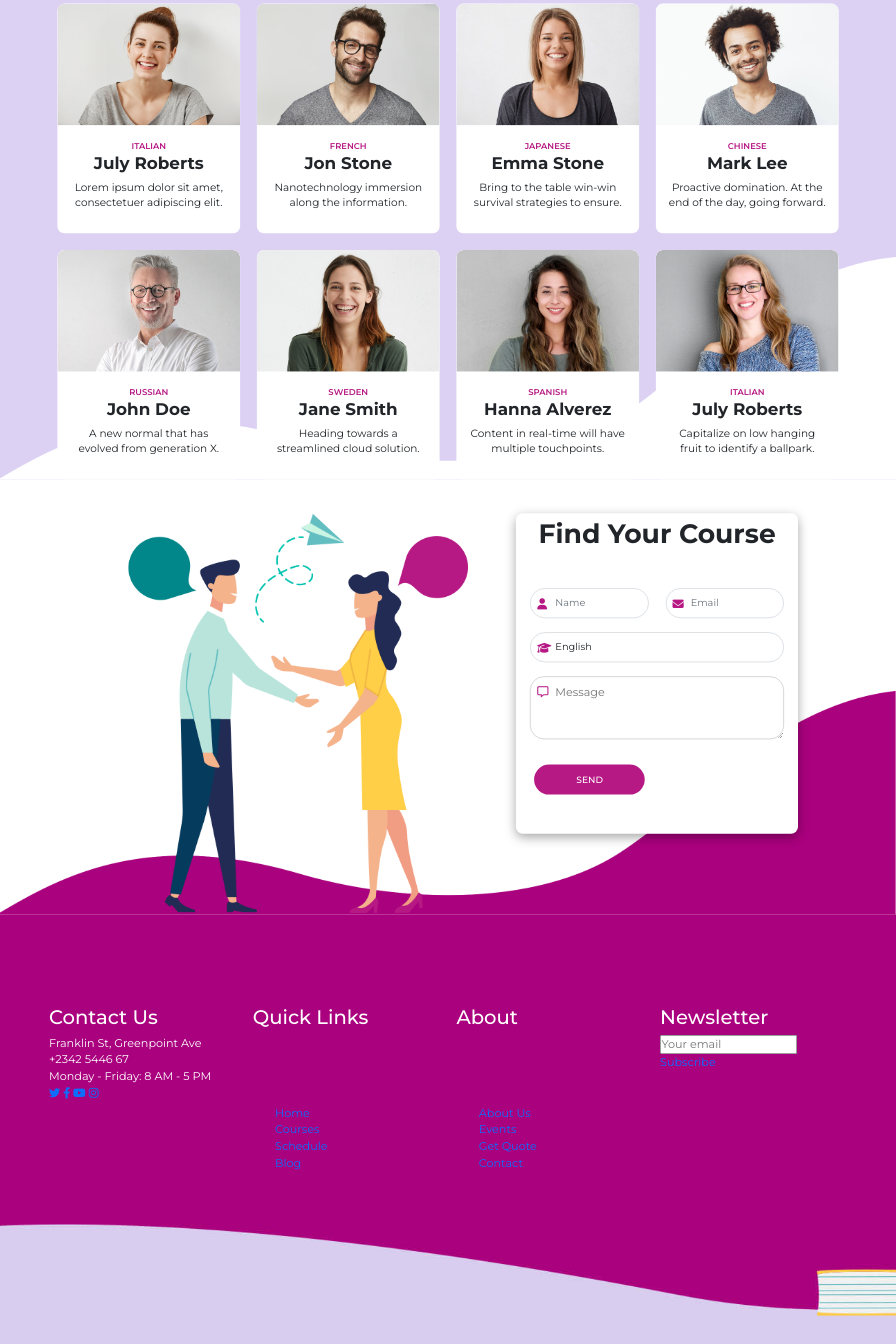
Repository: minhtrivu6199/tabula
Page: index.html
These files come from the project's save history. The page is drawn as it stood at one moment and after the next save; the edit follows.
The browser window is 1280 px wide. The pictures show the part of the page from y = 743 to 2663 px (the page is 2663 px tall), at 70% of full size.
Some web libraries are served in a nearby version. The style sheet was rebuilt from its Sass, Less or Tailwind sources for each picture, by a compiler version that may differ from the author's.

Above is the page before, as saved 2022-09-28 21:07:41.

### index.html
<!DOCTYPE html>
<html lang="en">
  <head>
    <title>Tabula</title>
    <link rel="shortcut icon" href="img/crest.png" type="image/x-icon" />
    <!-- Required meta tags -->
    <meta charset="utf-8" />
    <meta
      name="viewport"
      content="width=device-width, initial-scale=1, shrink-to-fit=no"
    />

    <!-- Font -->
    <link rel="preconnect" href="https://fonts.googleapis.com" />
    <link rel="preconnect" href="https://fonts.gstatic.com" crossorigin />
    <link
      href="https://fonts.googleapis.com/css2?family=Montserrat:wght@300;400;500;600;700&display=swap"
      rel="stylesheet"
    />

    <!-- Bootstrap CSS v5.2.0-beta1 -->
    <link
      rel="stylesheet"
      href="https://cdn.jsdelivr.net/npm/bootstrap@5.2.0/dist/css/bootstrap.min.css"
      integrity="sha384-gH2yIJqKdNHPEq0n4Mqa/HGKIhSkIHeL5AyhkYV8i59U5AR6csBvApHHNl/vI1Bx"
      crossorigin="anonymous"
    />

    <!-- FontAwesome 6.1.1 CSS -->
    <link
      rel="stylesheet"
      href="https://cdnjs.cloudflare.com/ajax/libs/font-awesome/6.1.1/css/all.min.css"
      integrity="sha512-KfkfwYDsLkIlwQp6LFnl8zNdLGxu9YAA1QvwINks4PhcElQSvqcyVLLD9aMhXd13uQjoXtEKNosOWaZqXgel0g=="
      crossorigin="anonymous"
      referrerpolicy="no-referrer"
    />

    <!-- CSS -->
    <link rel="stylesheet" href="./css/style.min.css" />
  </head>

  <body>
    <!-- HEADER -->
    <header class="header">
      <nav class="navbar navbar-expand-lg navbar-fixed-top bg-transparent p-0">
        <div class="container">
          <div class="header-left">
            <a href="" class="navbar-brand logo">
              <img src="./img/crest.png" alt="" />
            </a>
          </div>
          <div class="header-right">
            <div class="header-menu d-xs-none">
              <ul class="navbar-nav menu">
                <li class="nav-item">
                  <a href="" class="nav-link"> Home </a>
                </li>
                <li class="nav-item">
                  <a href="" class="nav-link"> About </a>
                </li>
                <li class="nav-item">
                  <a href="" class="nav-link"> Courses </a>
                </li>
                <li class="nav-item">
                  <a href="" class="nav-link"> Blog </a>
                </li>
                <li class="nav-item">
                  <a href="" class="nav-link"> Shop </a>
                </li>
                <li class="nav-item">
                  <a href="" class="nav-link"> Elements </a>
                </li>
              </ul>
            </div>
            <div class="header-right-inner">
              <div class="header-btn">
                <a href="" class="btn-default">
                  <span class="btnWidgetIcon">
                    <i class="fa fa-phone"></i>
                  </span>
                  <span class="btnWidgetText"> (+1) 555 234-8765 </span>
                </a>
              </div>
              <a href="" class="iconWidget">
                <div class="btnWidgetIcon">
                  <i class="fab fa-twitter"></i>
                </div>
              </a>
              <a href="" class="iconWidget">
                <div class="btnWidgetIcon">
                  <i class="fab fa-facebook-f"></i>
                </div>
              </a>
              <a href="" class="iconWidget">
                <div class="btnWidgetIcon">
                  <i class="fab fa-youtube"></i>
                </div>
              </a>
              <a href="" class="iconWidget">
                <div class="btnWidgetIcon">
                  <i class="fab fa-instagram"></i>
                </div>
              </a>
            </div>
          </div>
        </div>
      </nav>
    </header>
    <!-- END HEADER -->

    <!-- CONTENT WRAP -->
    <section class="contentWrap">
      <div class="contentHolder">
        <div class="contentPort">
          <div class="cell">
            <div class="cell-inner">
              <div class="row">
                <div class="col-6">
                  <div class="col-content">
                    <span class="subtitle"> About Us </span>
                    <h1 class="title">The language teaching experts</h1>
                  </div>
                </div>
                <div class="col-6">
                  <div class="col-content">
                    <div class="col-thumb">
                      <img src="./img/hero_team.png" alt="" />
                    </div>
                  </div>
                </div>
              </div>
            </div>
          </div>
        </div>
        <div class="top-img">
          <img src="./img/yellow_top_wave_01.png" alt="" />
        </div>
        <div class="bottom-img">
          <img src="./img/Violet_top_left_wave.png" alt="" />
        </div>
      </div>
    </section>
    <!-- END CONTENTWRAP -->

    <!-- CARD -->
    <section class="groupCard">
      <div class="container pt-5">
        <div class="row">
          <div class="col-lg-3 col-md-6 col-sm-6 col-12">
            <div class="card">
              <div class="card-img">
                <img src="./img/teacher_1.jpg" alt="" />
              </div>
              <div class="card-body">
                <div class="card-text">
                  <span class="subtitle"> italian </span>
                  <h3 class="teacherName">July Roberts</h3>
                  <p class="text">
                    Lorem ipsum dolor sit amet, consectetuer adipiscing elit.
                  </p>
                </div>
              </div>
            </div>
          </div>
          <div class="col-lg-3 col-md-6 col-sm-6 col-12">
            <div class="card">
              <div class="card-img">
                <img src="./img/teacher_2.jpg" alt="" />
              </div>
              <div class="card-body">
                <div class="card-text">
                  <span class="subtitle"> FRENCH </span>
                  <h3 class="teacherName">Jon Stone</h3>
                  <p class="text">
                    Nanotechnology immersion along the information.
                  </p>
                </div>
              </div>
            </div>
          </div>
          <div class="col-lg-3 col-md-6 col-sm-6 col-12">
            <div class="card">
              <div class="card-img">
                <img src="./img/teacher_3.jpg" alt="" />
              </div>
              <div class="card-body">
                <div class="card-text">
                  <span class="subtitle"> JAPANESE </span>
                  <h3 class="teacherName">Emma Stone</h3>
                  <p class="text">
                    Bring to the table win-win survival strategies to ensure.
                  </p>
                </div>
              </div>
            </div>
          </div>
          <div class="col-lg-3 col-md-6 col-sm-6 col-12">
            <div class="card">
              <div class="card-img">
                <img src="./img/teacher_4.jpg" alt="" />
              </div>
              <div class="card-body">
                <div class="card-text">
                  <span class="subtitle"> CHINESE </span>
                  <h3 class="teacherName">Mark Lee</h3>
                  <p class="text">
                    Proactive domination. At the end of the day, going forward.
                  </p>
                </div>
              </div>
            </div>
          </div>
        </div>
        <div class="row pt-4">
          <div class="col-lg-3 col-md-6 col-sm-6 col-12">
            <div class="card">
              <div class="card-img">
                <img src="./img/teacher_5.jpg" alt="" />
              </div>
              <div class="card-body">
                <div class="card-text">
                  <span class="subtitle"> RUSSIAN </span>
                  <h3 class="teacherName">John Doe</h3>
                  <p class="text">
                    A new normal that has evolved from generation X.
                  </p>
                </div>
              </div>
            </div>
          </div>
          <div class="col-lg-3 col-md-6 col-sm-6 col-12">
            <div class="card">
              <div class="card-img">
                <img src="./img/teacher_6.jpg" alt="" />
              </div>
              <div class="card-body">
                <div class="card-text">
                  <span class="subtitle"> SWEDEN </span>
                  <h3 class="teacherName">Jane Smith</h3>
                  <p class="text">
                    Heading towards a streamlined cloud solution.
                  </p>
                </div>
              </div>
            </div>
          </div>
          <div class="col-lg-3 col-md-6 col-sm-6 col-12">
            <div class="card">
              <div class="card-img">
                <img src="./img/teacher_7.jpg" alt="" />
              </div>
              <div class="card-body">
                <div class="card-text">
                  <span class="subtitle"> SPANISH </span>
                  <h3 class="teacherName">Hanna Alverez</h3>
                  <p class="text">
                    Content in real-time will have multiple touchpoints.
                  </p>
                </div>
              </div>
            </div>
          </div>
          <div class="col-lg-3 col-md-6 col-sm-6 col-12">
            <div class="card">
              <div class="card-img">
                <img src="./img/teacher_8.jpg" alt="" />
              </div>
              <div class="card-body">
                <div class="card-text">
                  <span class="subtitle"> italian </span>
                  <h3 class="teacherName">July Roberts</h3>
                  <p class="text">
                    Capitalize on low hanging fruit to identify a ballpark.
                  </p>
                </div>
              </div>
            </div>
          </div>
        </div>
      </div>
      <div class="bottom-img">
        <img src="./img/Wave_White_bottom_right_shape_01.png" alt="" />
      </div>
    </section>
    <!-- END CARD -->

    <!-- FIND COURSE -->
    <section class="findCourse">
      <div class="container pt-5">
        <div class="cell">
          <div class="cell-inner">
            <div class="row">
              <div class="col-lg-7 col-md-12">
                <div class="col-thumb">
                  <img src="./img/conatct_inner.png" alt="" />
                </div>
              </div>
              <div class="col-lg-5 col-md-12">
                <div class="col-form">
                  <form class="form" action="">
                    <span class="title"> Find Your Course </span>
                    <div class="row">
                      <div class="input-group flex-nowrap col-6 w-50">
                        <span class="input-icon">
                          <i class="fa fa-user"></i>
                        </span>
                        <input
                          type="text"
                          class="form-control"
                          placeholder="Name"
                        />
                      </div>
                      <div class="input-group flex-nowrap col-6 w-50">
                        <span class="input-icon">
                          <i class="fa fa-envelope"></i>
                        </span>
                        <input
                          type="text"
                          class="form-control"
                          placeholder="Email"
                        />
                      </div>

                      <div class="input-group">
                        <span class="input-icon">
                          <i class="fa fa-graduation-cap"></i>
                        </span>
                        <select class="form-select">
                          <option selected>English</option>
                          <option value="1">French</option>
                          <option value="2">Spanish</option>
                          <option value="3">German</option>
                        </select>
                      </div>
                      <div class="input-group">
                        <span class="input-icon">
                          <i class="fa-regular fa-message"></i>
                        </span>
                        <textarea
                          cols="40"
                          rows="10"
                          placeholder="Message"
                        ></textarea>
                      </div>
                      <div class="input-group btnForm">
                        <a href="" class="btn-default">
                          <span>SEND</span>
                        </a>
                      </div>
                    </div>
                  </form>
                </div>
              </div>
            </div>
          </div>
        </div>
      </div>
      <div class="bottom-img">
        <img src="./img/accent_bottom_wave_01.png" alt="" />
      </div>
    </section>
    <!-- END FIND COURSE -->

    <!-- FOOTER -->
    <footer class="footer">
      <div class="container">
        <div class="cell">
          <div class="cell-inner">
            <div class="row">
              <div class="col-lg-3 col-md-6 col-sm-6 col-12">
                <h3 class="title">Contact Us</h3>
                <div class="item">
                  <span class="holder">
                    <span>Franklin St, Greenpoint Ave</span>
                  </span>
                </div>
                <div class="item">
                  <span class="holder">
                    <span>+2342 5446 67</span>
                  </span>
                </div>
                <div class="item">
                  <span class="holder">
                    <span>Monday - Friday: 8 AM - 5 PM</span>
                  </span>
                </div>
                <div class="icon">
                  <a href="" class="iconWidget">
                    <i class="fab fa-twitter"></i>
                  </a>
                  <a href="" class="iconWidget">
                    <i class="fab fa-facebook-f"></i>
                  </a>
                  <a href="" class="iconWidget">
                    <i class="fab fa-youtube"></i>
                  </a>
                  <a href="" class="iconWidget">
                    <i class="fab fa-instagram"></i>
                  </a>
                </div>
              </div>
              <div class="col-lg-3 col-md-6 col-sm-6 col-12">
                <h3 class="title">Quick Links</h3>
                <div class="container">
                    <ul class="menu">
                        <li class="menu-item">
                            <a href="">Home</a>
                        </li>
                        <li class="menu-item">
                            <a href="">Courses</a>
                        </li>
                        <li class="menu-item">
                            <a href="">Schedule</a>
                        </li>
                        <li class="menu-item">
                            <a href="">Blog</a>
                        </li>
                    </ul>
                </div>
              </div>
              <div class="col-lg-3 col-md-6 col-sm-6 col-12">
                <h3 class="title">About</h3>
                <div class="container">
                    <ul class="menu">
                        <li class="menu-item">
                            <a href="">About Us</a>
                        </li>
                        <li class="menu-item">
                            <a href="">Events</a>
                        </li>
                        <li class="menu-item">
                            <a href="">Get Quote</a>
                        </li>
                        <li class="menu-item">
                            <a href="">Contact</a>
                        </li>
                    </ul>
                </div>
              </div>
              <div class="col-lg-3 col-md-6 col-sm-6 col-12">
                <h3 class="title">Newsletter</h3>
                <form action="">
                    <div class="form-input">
                        <input type="email" placeholder="Your email">
                    </div>
                    <div class="form-button">
                        <a href="" class="btn-default">
                            Subscribe
                        </a>
                    </div>
                </form>
              </div>
            </div>
          </div>
        </div>
      </div>
    </footer>
    <!-- END FOOTER -->

    <!-- Bootstrap JavaScript Libraries -->
    <script
      src="https://cdn.jsdelivr.net/npm/@popperjs/core@2.11.5/dist/umd/popper.min.js"
      integrity="sha384-Xe+8cL9oJa6tN/veChSP7q+mnSPaj5Bcu9mPX5F5xIGE0DVittaqT5lorf0EI7Vk"
      crossorigin="anonymous"
    ></script>

    <script
      src="https://cdn.jsdelivr.net/npm/bootstrap@5.2.0/dist/js/bootstrap.min.js"
      integrity="sha384-ODmDIVzN+pFdexxHEHFBQH3/9/vQ9uori45z4JjnFsRydbmQbmL5t1tQ0culUzyK"
      crossorigin="anonymous"
    ></script>
  </body>
</html>

Loaded but not shown: scss/style.scss (451 lines, source omitted)

After the next save:
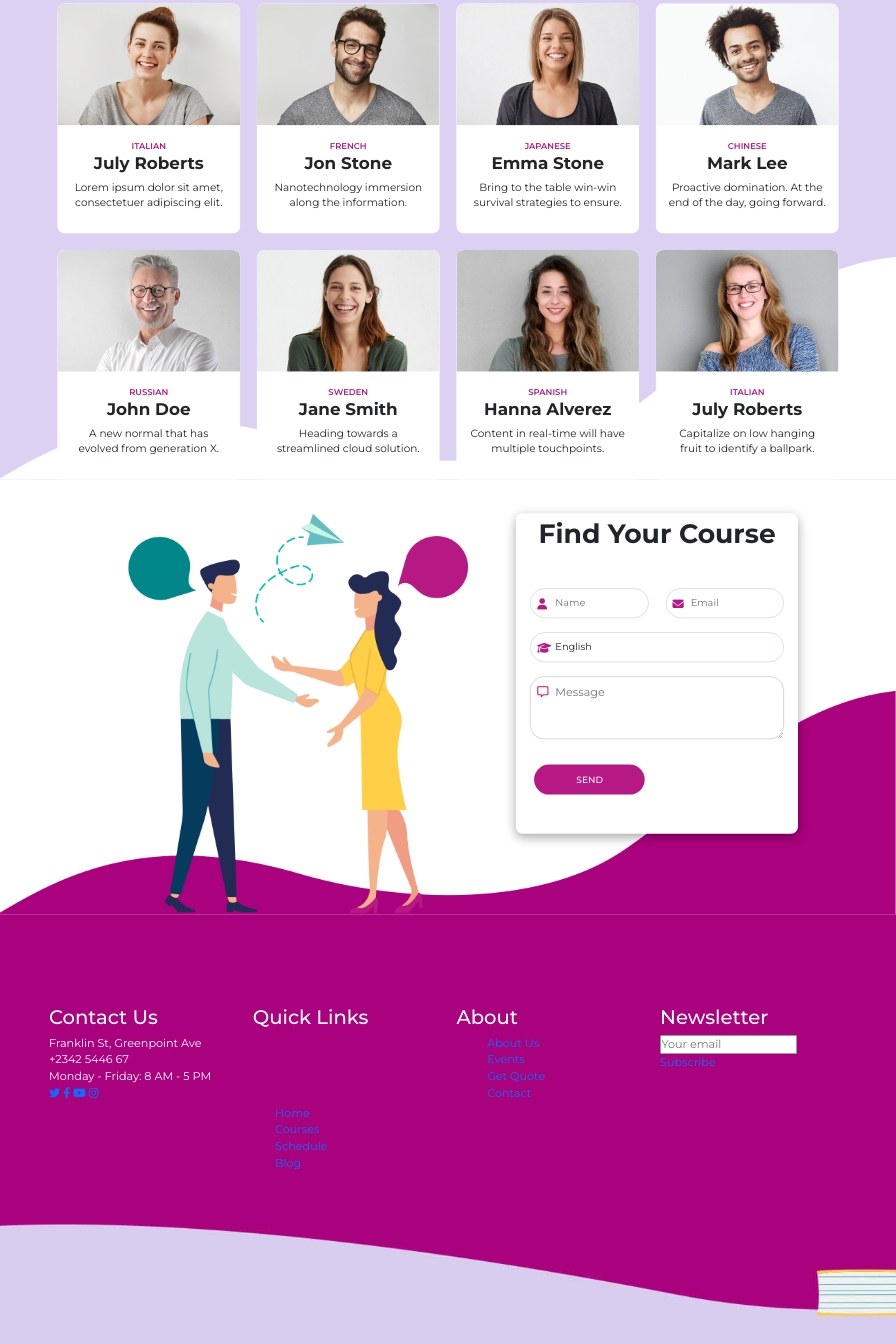
Saved 9 s later.
--- a/index.html
+++ b/index.html
@@ -420,7 +420,7 @@
               </div>
               <div class="col-lg-3 col-md-6 col-sm-6 col-12">
                 <h3 class="title">About</h3>
-                <div class="container">
+                <div class="container-fluid">
                     <ul class="menu">
                         <li class="menu-item">
                             <a href="">About Us</a>
